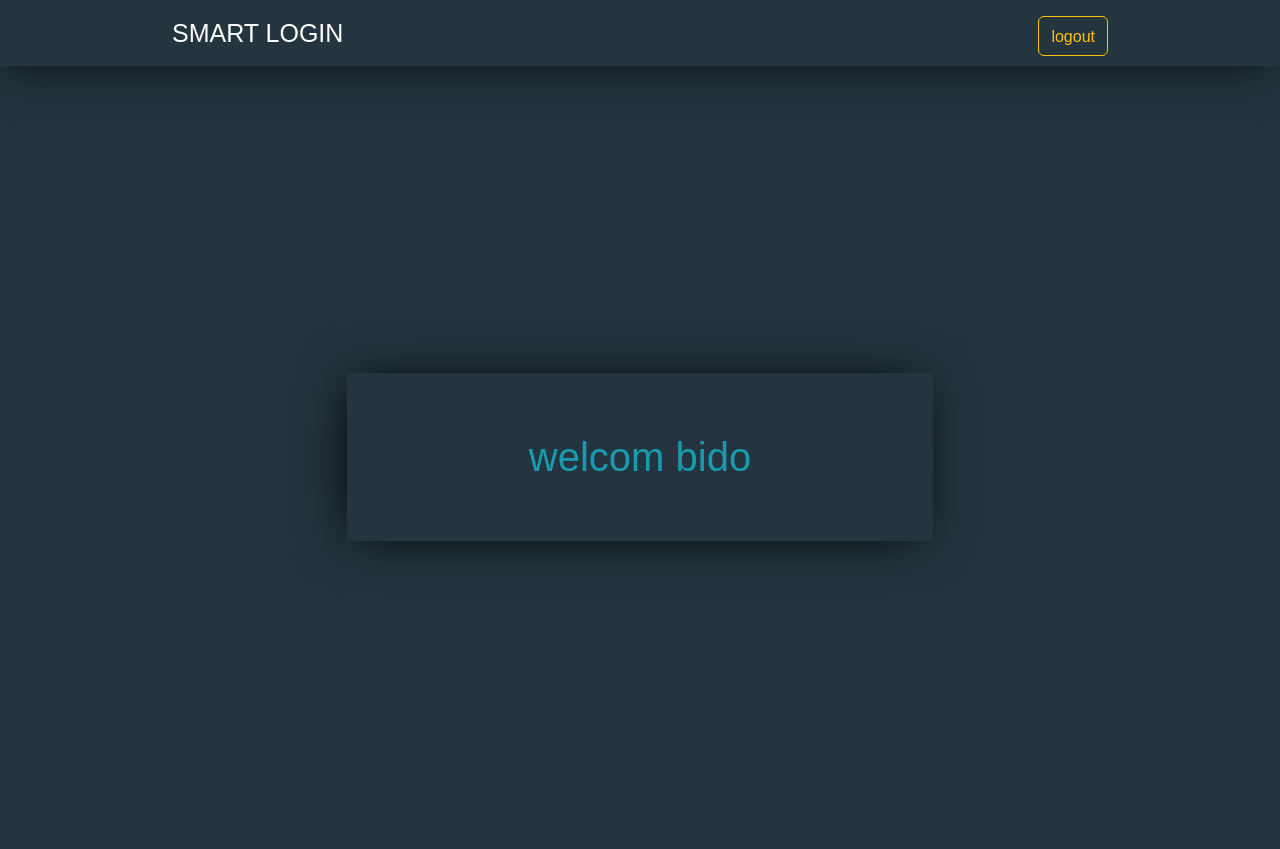
Repository: bodajava/TASK-4
Page: theerdIndex.html
An editor plug-in stored every save of this project. The page is shown before and after the next save, followed by the edit.
The browser window is 1280 px wide. The pictures show the whole page.

Above is the page before, as saved 2025-06-18 20:35:06.

After the next save:
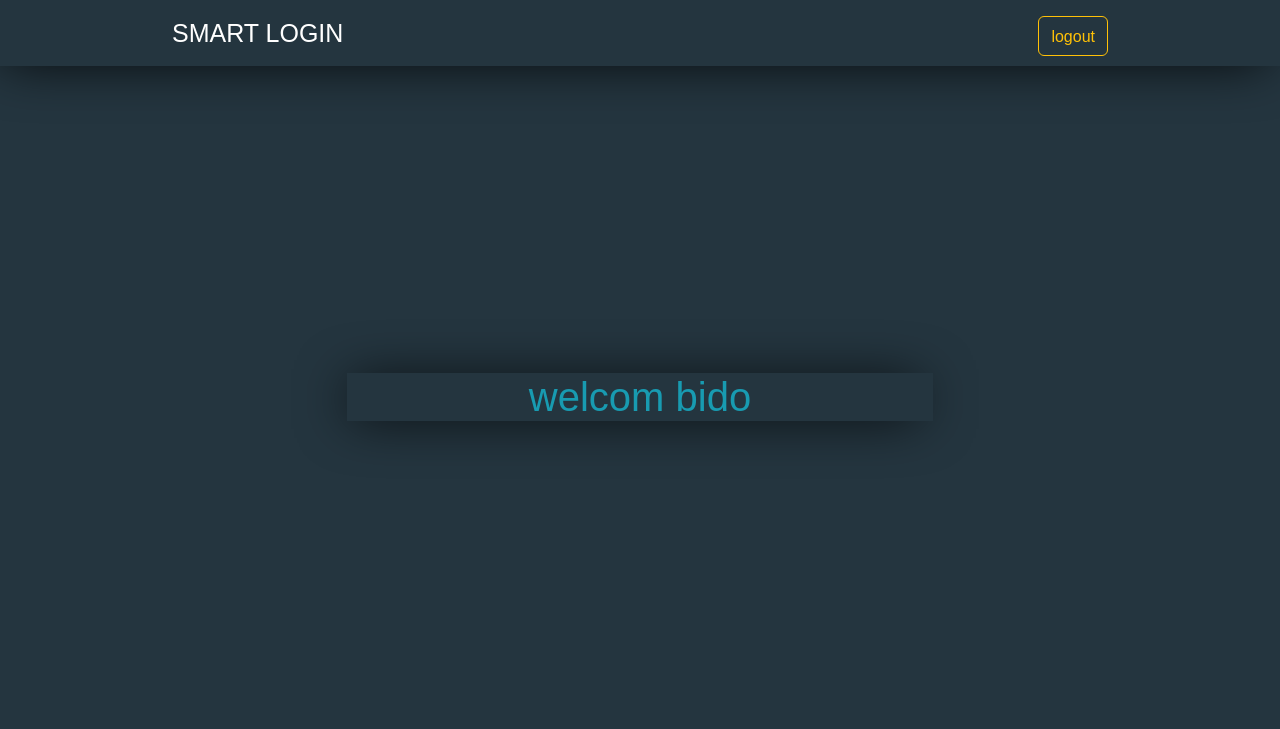
Saved 35 s later.
--- a/CSS/style.css
+++ b/CSS/style.css
@@ -109,10 +109,7 @@
 
 #userName {
   box-shadow: -5px 2px 54px -9px rgba(0, 0, 0, 1);
-  padding-left: 60px;
-  padding-right: 60px;
-  padding-bottom: 60px;
-  padding-top: 60px;
+
   margin-top: 259.375px;
   margin-bottom: 259.375px;
   margin-left: 138.75px;

After the save that followed:
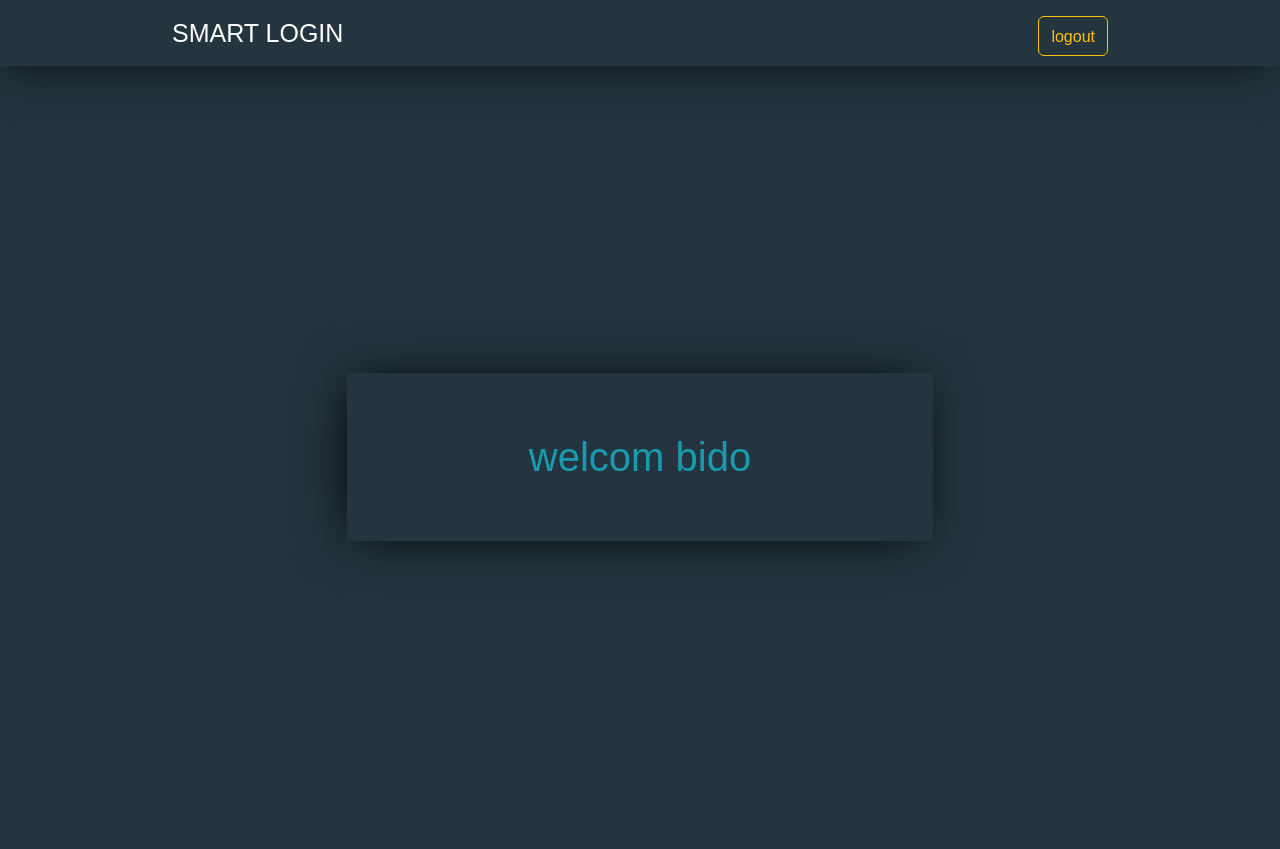
Saved 6 s later.
--- a/CSS/style.css
+++ b/CSS/style.css
@@ -109,7 +109,10 @@
 
 #userName {
   box-shadow: -5px 2px 54px -9px rgba(0, 0, 0, 1);
-
+  padding-left: 60px;
+  padding-right: 60px;
+  padding-bottom: 60px;
+  padding-top: 60px;
   margin-top: 259.375px;
   margin-bottom: 259.375px;
   margin-left: 138.75px;
